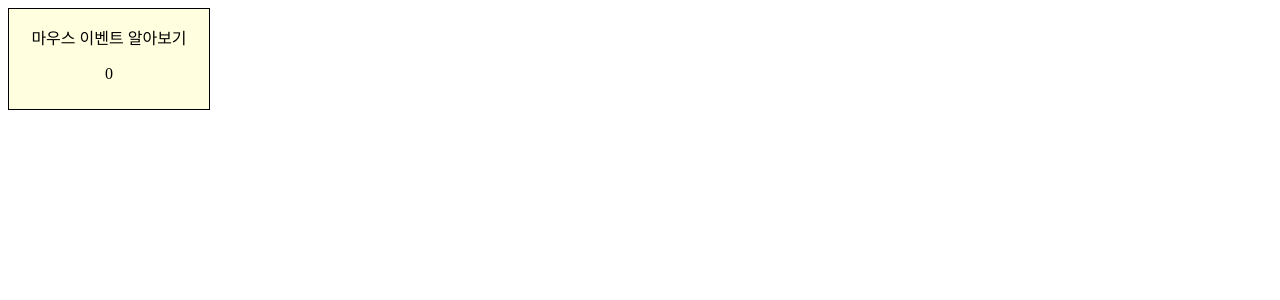
Repository: yoojisoo/YONSAI
Page: http://localhost/teatJava/html/script04.jsp
These files come from the project's save history. The page is drawn as it stood at one moment and after the next save; the edit follows.
The browser window is 1280 px wide. The pictures show the whole page.
The page is served by Tomcat 9.

Above is the page before, as saved 2021-08-20 03:40:37.

After the next save:
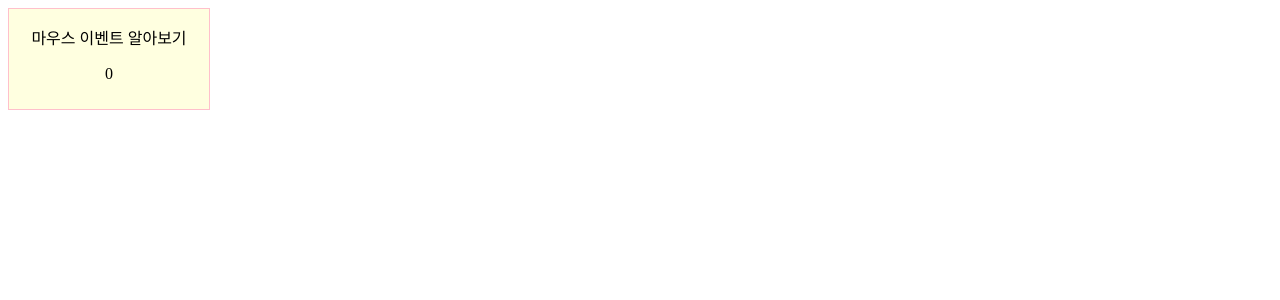
Saved 63 s later.
--- a/jsworkspace/teatJava/src/main/webapp/html/script04.jsp
+++ b/jsworkspace/teatJava/src/main/webapp/html/script04.jsp
@@ -20,7 +20,7 @@
 	div.out{
 		width : 200px;
 		height : 100px;
-		border : 1px solid #000000;
+		border : 1px solid pink;
 		text-align : center;
 		background-color : lightyellow;
 	}

After the save that followed:
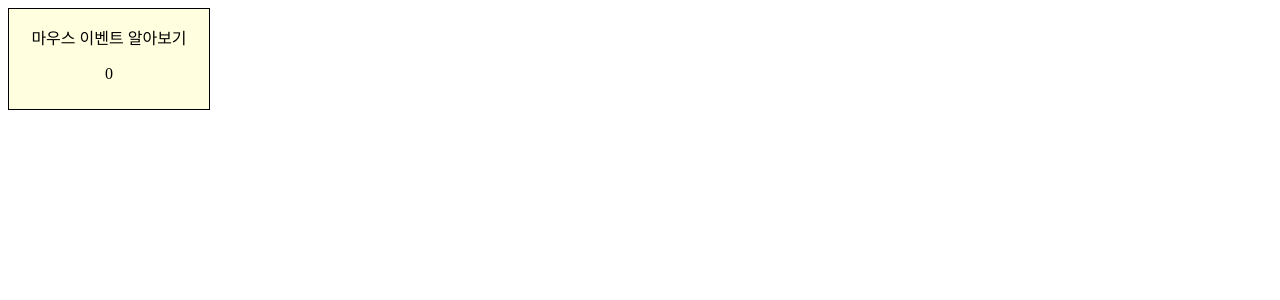
Saved 6 s later.
--- a/jsworkspace/teatJava/src/main/webapp/html/script04.jsp
+++ b/jsworkspace/teatJava/src/main/webapp/html/script04.jsp
@@ -20,7 +20,7 @@
 	div.out{
 		width : 200px;
 		height : 100px;
-		border : 1px solid pink;
+		border : 1px solid #000000;
 		text-align : center;
 		background-color : lightyellow;
 	}
